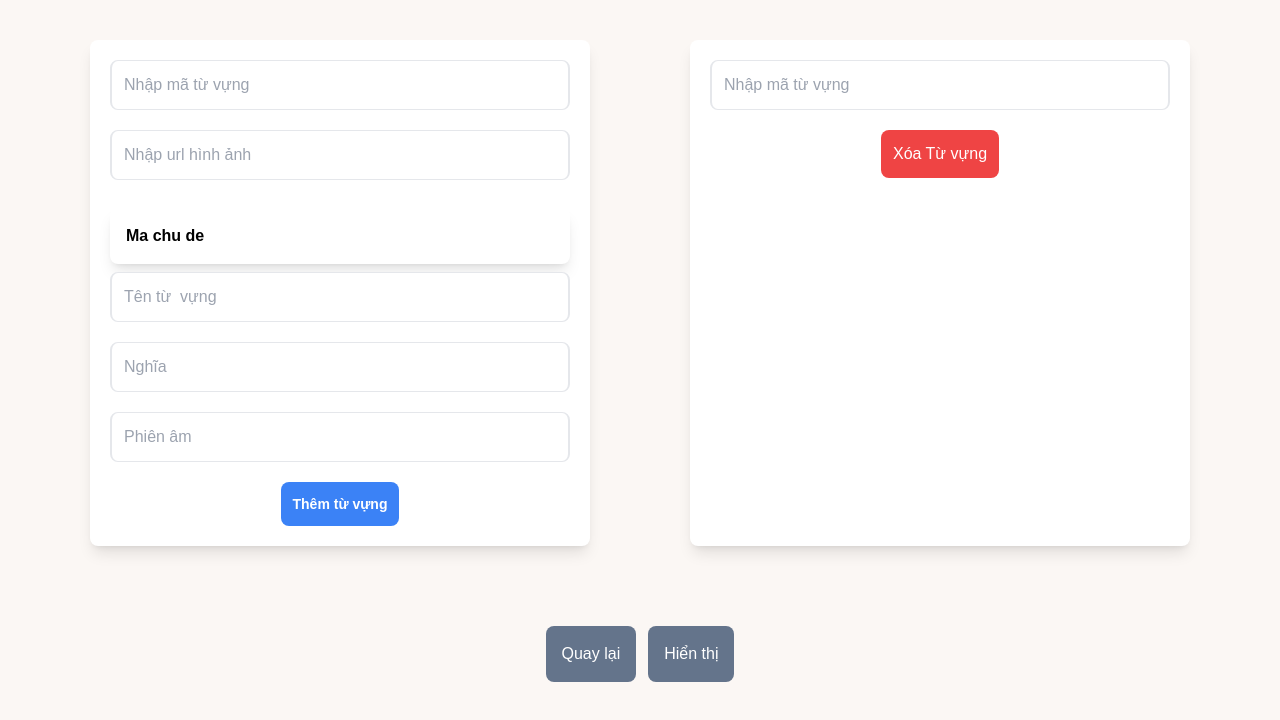
Repository: Kaymileee/ProjectCanary
Page: /tuvung
An editor plug-in stored every save of this project. The page is shown before and after the next save, followed by the edit.
The browser window is 1280 px wide. The pictures show the whole page.
The page's requests for data from a server got no answer. The project was rebuilt for these pictures with package versions that can differ from the ones it lists, and the page was loaded fresh each time. No one was signed in, and anything a server would have sent is missing. Also part of the build but not shown: src/component/EditChude.js, src/component/SignIn.js, src/component/Dashboard.js, src/component/EditUser.js.

Above is the page before, as saved 2022-12-01 21:44:41.

### src/index.js
import React from "react";
import ReactDOM from "react-dom/client";
import "./index.css";
import App from "./App";
import reportWebVitals from "./reportWebVitals";
import { BrowserRouter } from "react-router-dom";
import { AuthProvider } from "./context/auth-context";
import { ToastContainer } from "react-toastify";
import "react-toastify/dist/ReactToastify.css";
const root = ReactDOM.createRoot(document.getElementById("root"));
root.render(
  <React.StrictMode>
    <BrowserRouter>
      <AuthProvider>
        <App />
        <ToastContainer></ToastContainer>
      </AuthProvider>
    </BrowserRouter>
  </React.StrictMode>
);

// If you want to start measuring performance in your app, pass a function
// to log results (for example: reportWebVitals(console.log))
// or send to an analytics endpoint. Learn more: https://bit.ly/CRA-vitals
reportWebVitals();

### src/index.css
@tailwind base;
@tailwind components;
@tailwind utilities;
@import url("https://fonts.googleapis.com/css2?family=Montserrat:wght@400;500;600;700&display=swap");
body {
  margin: 0;
  font-family: "Montserrat", sans-serif;
  -webkit-font-smoothing: antialiased;
  -moz-osx-font-smoothing: grayscale;
  background-color: #fbf7f4;
}
td {
  padding: 0 50px;
}
td:first-child {
  padding: 0;
}
code {
  font-family: source-code-pro, Menlo, Monaco, Consolas, "Courier New",
    monospace;
}

### src/App.js
import logo from "./logo.svg";
import "./App.css";
import { Route, Routes } from "react-router-dom";
import EditChude from "./component/EditChude";
import EditTVung from "./component/EditTuvung";
import SignIn from "./component/SignIn";
import Dashboard from "./component/Dashboard";
import EditUser from "./component/EditUser";

function App() {
  return (
    <div className="App">
      <Routes>
        <Route path="/" element={<SignIn></SignIn>}></Route>
        <Route path="/dashboard" element={<Dashboard></Dashboard>}></Route>

        <Route path="/chude" element={<EditChude></EditChude>}></Route>
        <Route path="/tuvung" element={<EditTVung></EditTVung>}></Route>
        <Route path="/user" element={<EditUser></EditUser>}></Route>
      </Routes>
    </div>
  );
}

export default App;

### src/context/auth-context.js
import { auth } from "../firebase/firebaseConfig";
import { onAuthStateChanged } from "firebase/auth";
const { createContext, useContext, useState, useEffect } = require("react");
const AuthContext = createContext();
function AuthProvider(props) {
  const [userInfo, setUserInfo] = useState({});
  useEffect(() => {
    onAuthStateChanged(auth, (user) => {
      console.log(user);
      setUserInfo(user);
    });
  }, []);
  const value = { userInfo, setUserInfo };
  return <AuthContext.Provider value={value} {...props}></AuthContext.Provider>;
}
function useAuth() {
  const context = useContext(AuthContext);
  if (typeof context === "undefined") {
    throw new Error("Loi ");
  }
  return context;
}
export { useAuth, AuthProvider };

### src/component/EditTuvung.js
import React, { useEffect, useState } from "react";
import {
  collection,
  addDoc,
  deleteDoc,
  doc,
  onSnapshot,
} from "firebase/firestore";
import { db } from "../firebase/firebaseConfig";
import { useNavigate } from "react-router-dom";
import { toast } from "react-toastify";

const EditTVung = () => {
  const [vocabularies, setVocabularies] = useState();
  // state
  const [idTopic, setIdTopic] = useState();
  const [idVoc, setIdVoc] = useState();
  const [urlVoc, setUrlVoc] = useState();
  const [vocName, setVocName] = useState();
  const [vocDefine, setVocDefine] = useState();
  const [phienAm, setPhienAm] = useState();
  const [idRm, setIdRm] = useState();
  const [listTopic, setListTopic] = useState();
  const colRef = collection(db, "tuvung");
  const colRefTopic = collection(db, "Topic");
  const [open, setOpen] = useState(false);
  const [title, setTitle] = useState();
  const [show, setShow] = useState(false);
  const navigate = useNavigate();
  useEffect(() => {
    onSnapshot(colRef, (snapshot) => {
      let vocs = [];
      snapshot.docs.forEach((doc) => {
        vocs.push({ id: doc.id, ...doc.data() });
      });
      setVocabularies(vocs);
    });
  }, [colRef]);
  useEffect(() => {
    onSnapshot(colRefTopic, (snapshot) => {
      let newAr = [];

      snapshot.docs.forEach((doc) => {
        newAr.push({ id: doc.id, data: doc.data().Name });
      });
      setListTopic(newAr);
    });
  }, [colRefTopic]);

  const form = document.querySelector("form");
  const handleAddVoc = (e) => {
    e.preventDefault();
    addDoc(colRef, {
      Hinh: urlVoc,
      IdTopic: idTopic,
      MaTV: idVoc,
      Name: vocName,
      Nghia: vocDefine,
      Phienam: phienAm,
    })
      .then(() => {
        toast.success("🦄 Tạo thành công !", {
          position: "top-right",
          autoClose: 3000,
          hideProgressBar: false,
          closeOnClick: true,
          pauseOnHover: true,
          draggable: true,
          progress: undefined,
          theme: "light",
        });
        form.reset();
      })
      .catch((err) => {
        toast.error("Thất bại !!!");
      });
  };
  const formRm = document.querySelector("#frm");
  const handleRemoveVoc = async (e) => {
    e.preventDefault();
    const colRefVoc = doc(db, "tuvung", idRm);
    await deleteDoc(colRefVoc);
    toast.success(" Xóa thành công !");
    formRm.reset();
  };

  return (
    <>
      <div className="p-10 flex">
        <div className="max-w-[500px] mx-auto w-full bg-white shadow-lg p-5 mb-10 rounded-lg">
          <form onSubmit={handleAddVoc}>
            {/* <input
            type="text"
            className="p-3 rounded-lg border border-gray-200 w-full mb-5 outline-none focus:border-green-500 border-x-2"
            placeholder="Nhập mã chủ đề "
            name="MaChuDe"
            onChange={(e) => setIdTopic(e.target.value)}
          /> */}
            <input
              type="text"
              className="p-3 rounded-lg border border-gray-200 w-full mb-5 outline-none focus:border-green-500 border-x-2"
              placeholder="Nhập mã từ vựng"
              name="MaTuVung"
              onChange={(e) => setIdVoc(e.target.value)}
            />
            <input
              type="url"
              className="p-3 rounded-lg border border-gray-200 w-full mb-5 outline-none focus:border-green-500 border-x-2"
              placeholder="Nhập url hình ảnh"
              name="Url"
              onChange={(e) => setUrlVoc(e.target.value)}
            />
            <span
              onClick={(e) => setOpen(!open)}
              className="block my-2 bg-white text-black p-4 rounded-lg shadow-lg w-full font-semibold text-left"
            >
              {idTopic ? title : "Ma chu de"}
            </span>
            {open &&
              listTopic.map((topic) => (
                <div
                  className="w-full bg-blue-400 text-left pl-3 cursor-pointer font-normal mb-1 rounded-lg text-white"
                  key={topic.id}
                  onClick={() => {
                    console.log(topic.id);
                    setOpen(false);
                    setTitle(topic.data);
                    setIdTopic(topic.id);
                  }}
                >
                  {topic.data}
                </div>
              ))}
            <input
              type="text"
              className="p-3 rounded-lg border border-gray-200 w-full mb-5 outline-none focus:border-green-500 border-x-2"
              placeholder="Tên từ  vựng"
              name="Name"
              onChange={(e) => setVocName(e.target.value)}
            />
            <input
              type="text"
              className="p-3 rounded-lg border border-gray-200 w-full mb-5 outline-none focus:border-green-500 border-x-2"
              placeholder="Nghĩa"
              name="Define"
              onChange={(e) => setVocDefine(e.target.value)}
            />
            <input
              type="text"
              className="p-3 rounded-lg border border-gray-200 w-full mb-5 outline-none focus:border-green-500 border-x-2"
              placeholder="Phiên âm"
              name="Phienam"
              onChange={(e) => setPhienAm(e.target.value)}
            />
            <button
              type="submit"
              className="p-3 bg-blue-500 text-white rounded-lg text-sm font-semibold"
            >
              Thêm từ vựng
            </button>
          </form>
        </div>
        <div className="max-w-[500px] mx-auto w-full bg-white shadow-lg p-5 mb-10 rounded-lg">
          <form onSubmit={handleRemoveVoc} id="frm">
            <input
              type="text"
              className="p-3 rounded-lg border border-gray-200 w-full mb-5 outline-none focus:border-green-500 border-x-2"
              placeholder="Nhập mã từ vựng"
              name="MaTuVung"
              onChange={(e) => setIdRm(e.target.value)}
            />
            <button className="p-3 rounded-lg bg-red-500 text-white ">
              Xóa Từ vựng
            </button>
          </form>
        </div>
      </div>
      <div className="flex justify-center items-center gap-x-3">
        <button
          className="bg-slate-500 p-4 text-white rounded-lg mb-5"
          onClick={(e) => navigate("/dashboard")}
        >
          Quay lại
        </button>
        <button
          className="bg-slate-500 p-4 text-white rounded-lg mb-5"
          onClick={() => setShow(!show)}
        >
          {show ? "Ẩn bớt" : "Hiển thị"}
        </button>
      </div>

      {/* table */}
      {show && (
        <div className="rounded-lg  shadow-lg  max-w-[1280px] mx-auto">
          <table cellspacing="0" className="w-full" id="tv">
            <tr className="">
              <th className="font-semibold py-4 bg-slate-300">Hình</th>
              <th className="font-semibold py-4 bg-slate-300">Mã chủ đề</th>
              <th className="font-semibold py-4 bg-slate-300">Mã từ vựng</th>
              <th className="font-semibold py-4 bg-slate-300">Tên từ vựng</th>
              <th className="font-semibold py-4 bg-slate-300">Nghĩa </th>
              <th className="font-semibold py-4 bg-slate-300">Phiên âm</th>

              {/* <th width="230">Comments</th> */}
            </tr>
            {vocabularies.length > 0 &&
              vocabularies.map((voc) => (
                <tr key={voc.id} className="">
                  <td className="max-w-[100px] h-[100px]  overflow-hidden text-center p-3">
                    <img
                      src={voc.Hinh}
                      alt=""
                      className="w-full h-full object-cover rounded-lg"
                    />
                  </td>
                  <td>{voc.IdTopic}</td>
                  <td>{voc.MaTV}</td>
                  <td>{voc.Name}</td>
                  <td>{voc.Nghia} </td>
                  <td>{voc.Phienam} </td>
                </tr>
              ))}
          </table>
        </div>
      )}
    </>
  );
};

export default EditTVung;

### src/firebase/firebaseConfig.js
import "firebase/compat/auth";
import "firebase/compat/firestore";
import { initializeApp } from "firebase/app";
import { getFirestore } from "firebase/firestore";
import { getAuth } from "firebase/auth";

const firebaseConfig = {
  apiKey: "AIzaSyBmIQ9-oUSHyxbQewz6CuYn5NkvKWsiQ_U",
  authDomain: "fir-auth-f08ad.firebaseapp.com",
  projectId: "fir-auth-f08ad",
  storageBucket: "fir-auth-f08ad.appspot.com",
  messagingSenderId: "401313850943",
  appId: "1:401313850943:web:5f9f2f3cdf6686138e3a8a",
};

const app = initializeApp(firebaseConfig);
export const auth = getAuth(app);
export const db = getFirestore(app);

Loaded but not shown: public/index.html (common file); src/reportWebVitals.js (common file); src/App.css (common file); tailwind.config.js (common file)

After the next save:
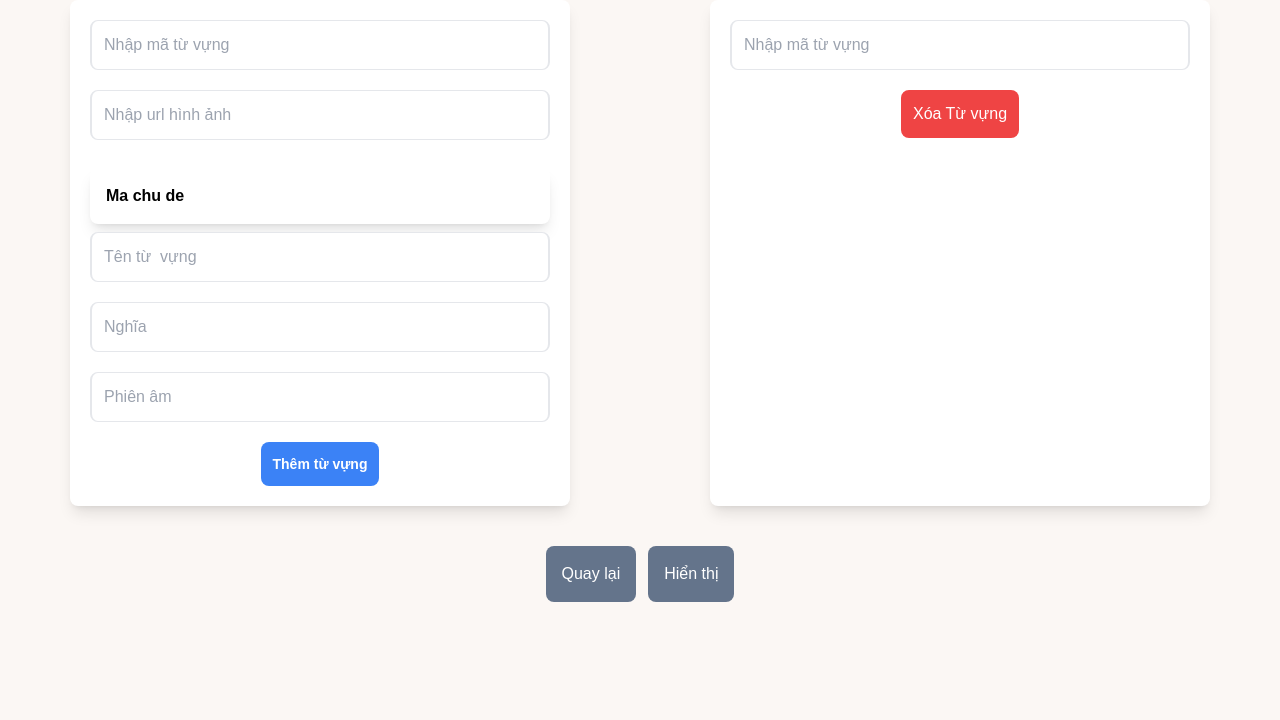
Saved 47 s later.
--- a/src/component/EditTuvung.js
+++ b/src/component/EditTuvung.js
@@ -86,7 +86,7 @@ const EditTVung = () => {
 
   return (
     <>
-      <div className="p-10 flex">
+      <div className=" flex">
         <div className="max-w-[500px] mx-auto w-full bg-white shadow-lg p-5 mb-10 rounded-lg">
           <form onSubmit={handleAddVoc}>
             {/* <input
